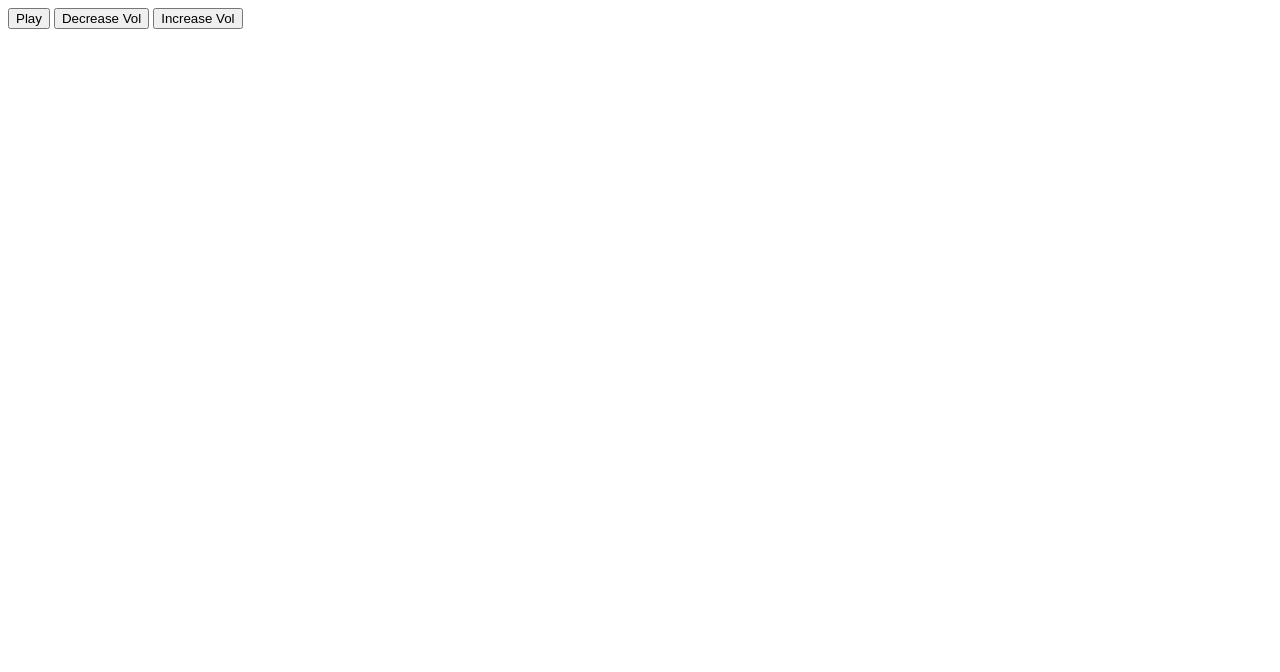
Repository: PoojaShirwaikar/BlockhainTest
Page: javascript/HtmlAssinment3/WebContent/ques6.html
An editor plug-in stored every save of this project. The page is shown before and after the next save, followed by the edit.
The browser window is 1280 px wide. The pictures show the whole page.
Some web libraries are served in a nearby version.

Above is the page before, as saved 2017-11-18 06:27:06.

After the next save:
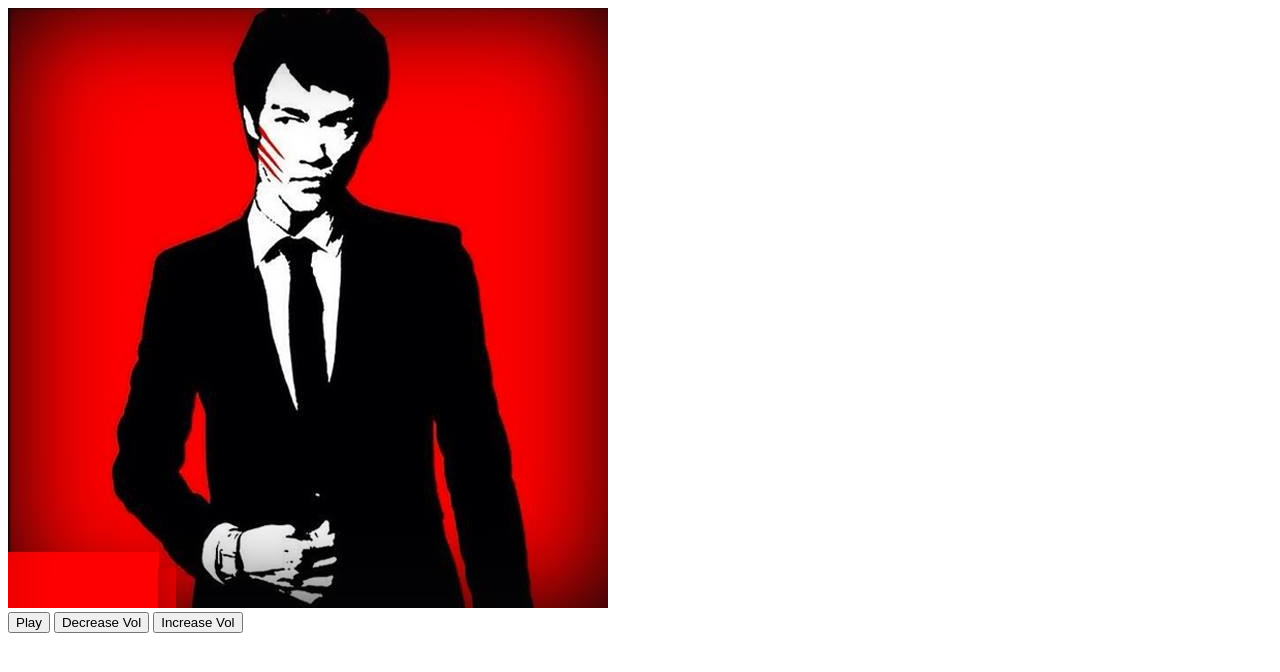
Saved 2 min 49 s later.
--- a/javascript/HtmlAssinment3/WebContent/ques6.html
+++ b/javascript/HtmlAssinment3/WebContent/ques6.html
@@ -47,8 +47,8 @@
 </head>
 
 <body>
-
-	<audio id="ad1"  poster="Bruce.jpg" src="guitar.mp3"></audio>
+	<img src="Bruce.jpg">
+	<audio id="ad1" poster=src="guitar.mp3"></audio>
 	<div>
 		<input type="button" id="playpause" value="Play" /> <input
 			type="button" id="decreaseVolume" value="Decrease Vol" /> <input
